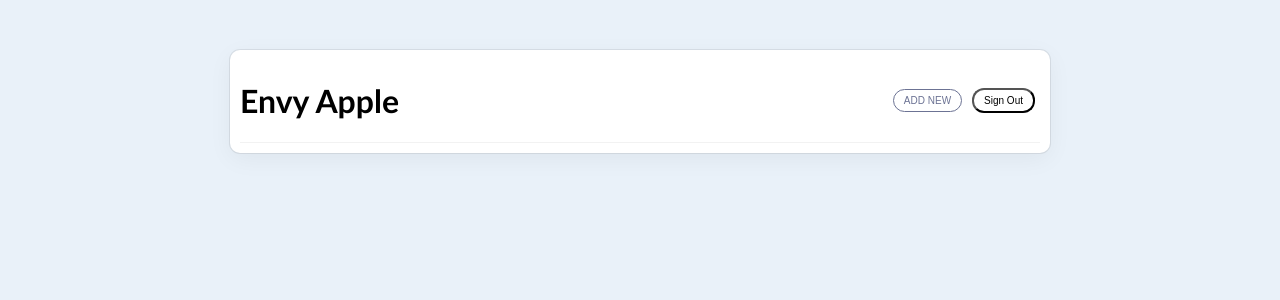
Repository: mosesvk/_todo
Page: / (app in client/)
An editor plug-in stored every save of this project. The page is shown before and after the next save, followed by the edit.
The browser window is 1280 px wide. The pictures show the whole page.
The page's requests for data from a server got no answer. The project was rebuilt for these pictures with package versions that can differ from the ones it lists, and the page was loaded fresh each time. No one was signed in, and anything a server would have sent is missing. Also part of the build but not shown: client/vite.config.js, client/src/components/ProgressBar.jsx, client/src/components/ListItem.jsx. Imported but missing from the stored project, and not drawn on this page: client/src/components/TickIcon.

Above is the page before, as saved 2023-05-01 19:18:22.

### client/src/App.jsx
import { useState, useEffect } from 'react'
import ListHeader from './components/ListHeader'
import ListItem from './components/ListItem'

const App = () => {
  const userEmail = 'test@test.com'
  const [tasks, setTasks] = useState(null)

  const getData = async () => {

    try {
      const response = await fetch(`http://localhost:8000/todos/${userEmail}`)
      const json = await response.json()
      setTasks(json)
    } catch (err) {
      console.error(err)
    }
  }

  useEffect(() => {
    getData()
  }, [])

  // console.log(tasks)

  const sortedTasks = tasks?.sort((a, b) => new Date(a.date) - new Date(b.date))

  return (
    <div className='app'>
      <ListHeader listName='Envy Apple' />
      {sortedTasks?.map((task) => <ListItem key={task.id} task={task} />)}
    </div>
  )
}

export default App

### client/src/index.css
body {
  margin: 0;
  padding: 0;
  background-color: #e9f1f9;
  display: flex;
  justify-content: center;
  font-family: 'Trebuchet MS', Arial, sans-serif;
}

.app {
  background-color: #ffffff;
  box-shadow: #0000000d 0 6px 24px, #00000014 0 0 0 1px;
  border-radius: 10px;
  padding: 10px;
  width: 800px;
  margin: 50px;
}

.button-container,
.info-container {
  display: flex;
  align-items: center;
}

.button-container button {
  margin: 0 5px;
  padding: 5px 10px;
  font-size: 10px;
  border-radius: 12px;
  background-color: transparent;
  cursor: pointer;
}


.edit {
    border: 1.5px solid #8db591;
    color: #8db591;
    text-transform: uppercase;
}

.edit:hover {
    background-color: #b6dfba;
}

.edit:active {
    border: 1.5px solid rgb(141, 181, 145);
    color: rgb(255, 255, 255);
    background-color: rgb(141, 181, 145);
}

.delete {
    border: 1.5px solid rgb(255, 175, 163);
    color: rgb(255, 175, 163);
    text-transform: uppercase;
}

.delete:hover {
    background-color: rgb(255, 201, 193);
}

.delete:active {
    background-color: rgb(255, 175, 163);
    color: rgb(255, 255, 255);
}

.create {
    border: 1.5px solid rgb(108, 115, 148);
    color: rgb(108, 115, 148);
    text-transform: uppercase;
}

.create:hover {
    background-color: rgb(131, 138, 172);
}

.create:active {
    background-color: rgb(108, 115, 148);
    color: rgb(255, 255, 255);
}


/* List Header  */

.list-header {
  width: 100%;
  display: flex;
  justify-content: space-between;
  border-bottom: #0000000d 1px solid;
}

.list-item {
  width: 100%;
  margin: 10px 0;
  border-radius: 10px;
  box-shadow: #00000014 0 0 0 1px;
  display: flex;
  justify-content: space-between;
}

.check {
  stroke: '#5dac83' !important;
  margin-right: 10px;
}

### client/src/components/ListHeader.jsx
import React from 'react'

const ListHeader = ({listName}) => {

  const signOut = () => {
    console.log('signout')
  }

  return (
    <div className='list-header'>
      <h1>{listName}</h1>
      <div className="button-container">
        <button className="create">Add New</button>
        <button className="signout" onClick={signOut}>Sign Out</button>
      </div>
    </div>
  )
}

export default ListHeader

Loaded but not shown: client/index.html (common file); client/src/main.jsx (common file)

After the next save:
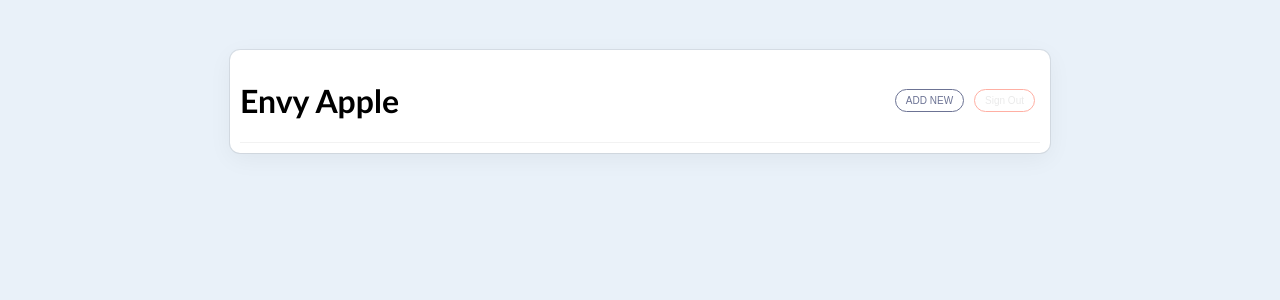
Saved 3 h 39 min later.
--- a/client/src/index.css
+++ b/client/src/index.css
@@ -78,6 +78,23 @@ body {
     color: rgb(255, 255, 255);
 }
 
+.signout {
+    border: 1.5px solid rgb(255, 175, 163);
+    background-color: rgb(255, 175, 163);
+    color: rgb(234, 234, 234);
+}
+
+.signout:hover {
+    background-color: rgb(175, 94 , 94) !important;
+    border: 1.5px solid rgb(175, 94, 94);
+}
+
+.signout:active {
+    border: 1.5px solid rgb(175, 81, 81);
+    background-color: 1.5px solid rgb(175, 81, 81);
+    color: rgb(255, 255, 255)
+}
+
 
 /* List Header  */
 
